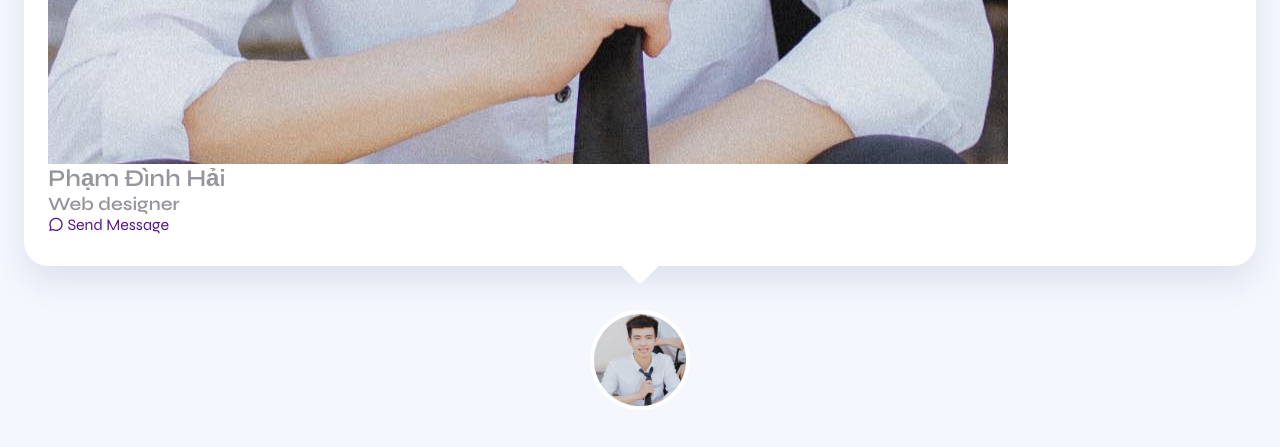
Repository: dinhhaidh/Profile
Page: index.html
The author's editor kept a copy of each file at every save. The page is drawn from the files as they stood at one save, then again after the next save.
The browser window is 1280 px wide. The pictures show the whole page.
Some web libraries are served in a nearby version.

Above is the page before, as saved 2024-02-29 09:18:20.

After the next save:
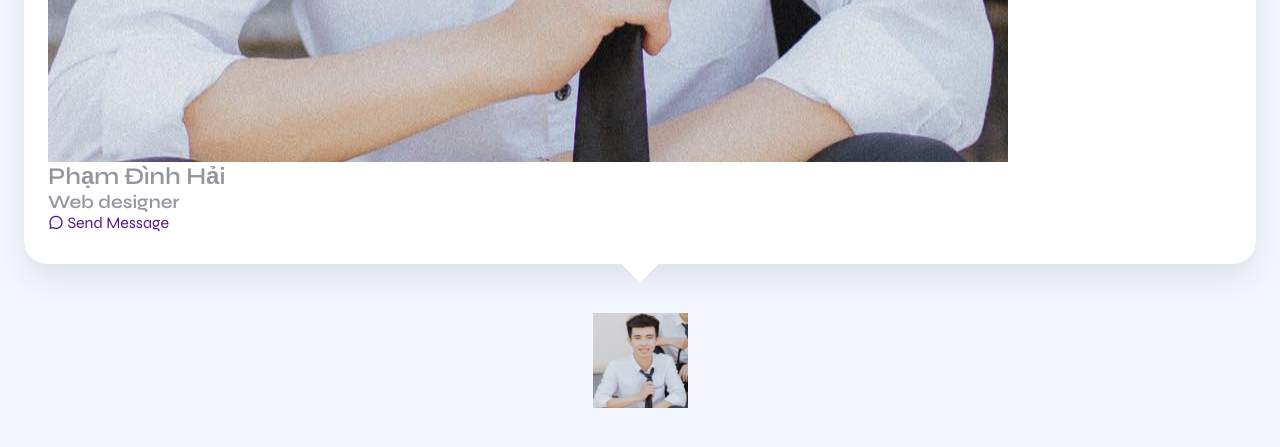
Saved 33 s later.
--- a/style.css
+++ b/style.css
@@ -61,7 +61,8 @@ img {
     justify-content: center;
 }
 
-.card__profile {
+.card__profile,
+ {
     width: 100px;
     height: 100px;
     background-color: var(--gray-color);
